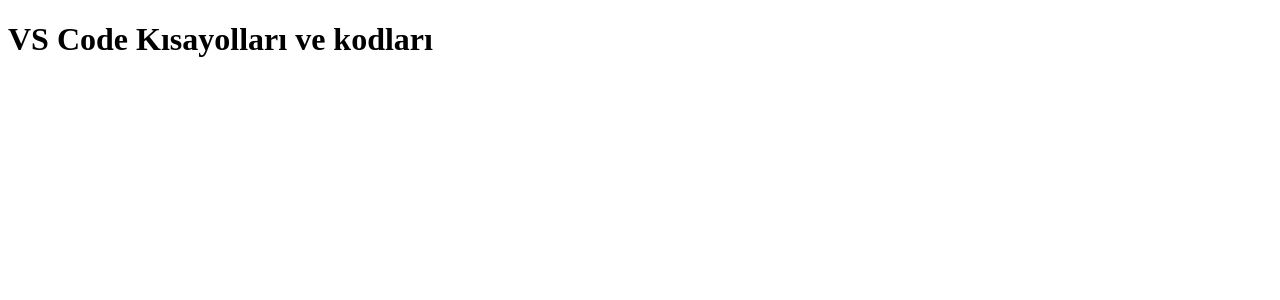
Repository: BeritanBlgn/web-yazilim-muhendisligi
Page: Modul_1/Ders_3/1.3.6_gorev3.html
An editor plug-in stored every save of this project. The page is shown before and after the next save, followed by the edit.
The browser window is 1280 px wide. The pictures show the whole page.

Above is the page before, as saved 2026-10-09 22:43:55.

After the next save:
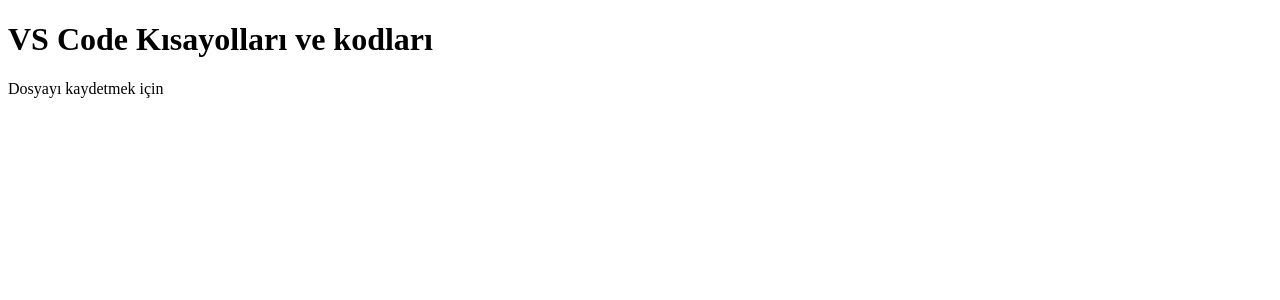
Saved 8 s later.
--- a/Modul_1/Ders_3/1.3.6_gorev3.html
+++ b/Modul_1/Ders_3/1.3.6_gorev3.html
@@ -11,7 +11,7 @@
 
     </h1>
     <p>
-
+        Dosyayı kaydetmek için
     </p>
 </body>
 </html>
